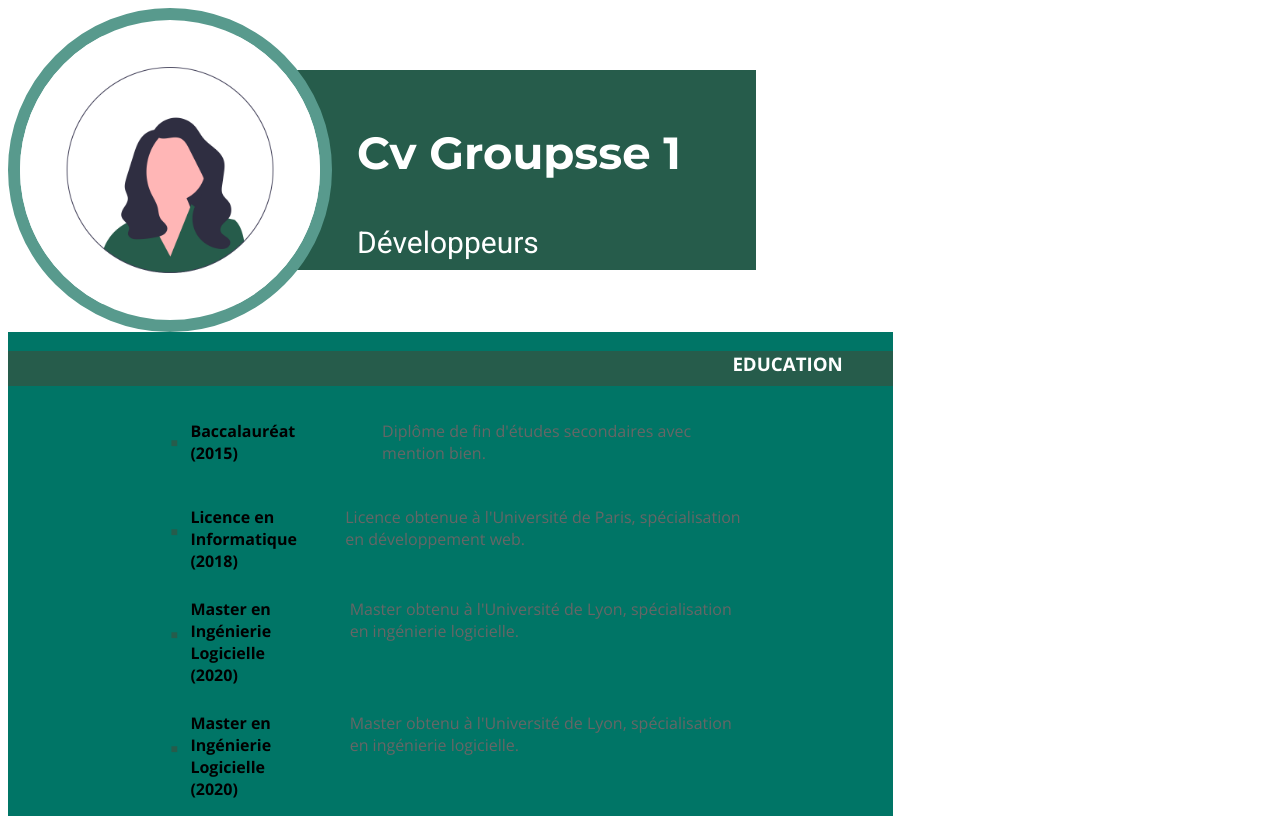
Repository: NdiongueFH/Mon_CV
Page: CV_Groupe1.html
An editor plug-in stored every save of this project. The page is shown before and after the next save, followed by the edit.
The browser window is 1280 px wide. The pictures show the whole page.

Above is the page before, as saved 2024-08-03 16:53:01.

After the next save:
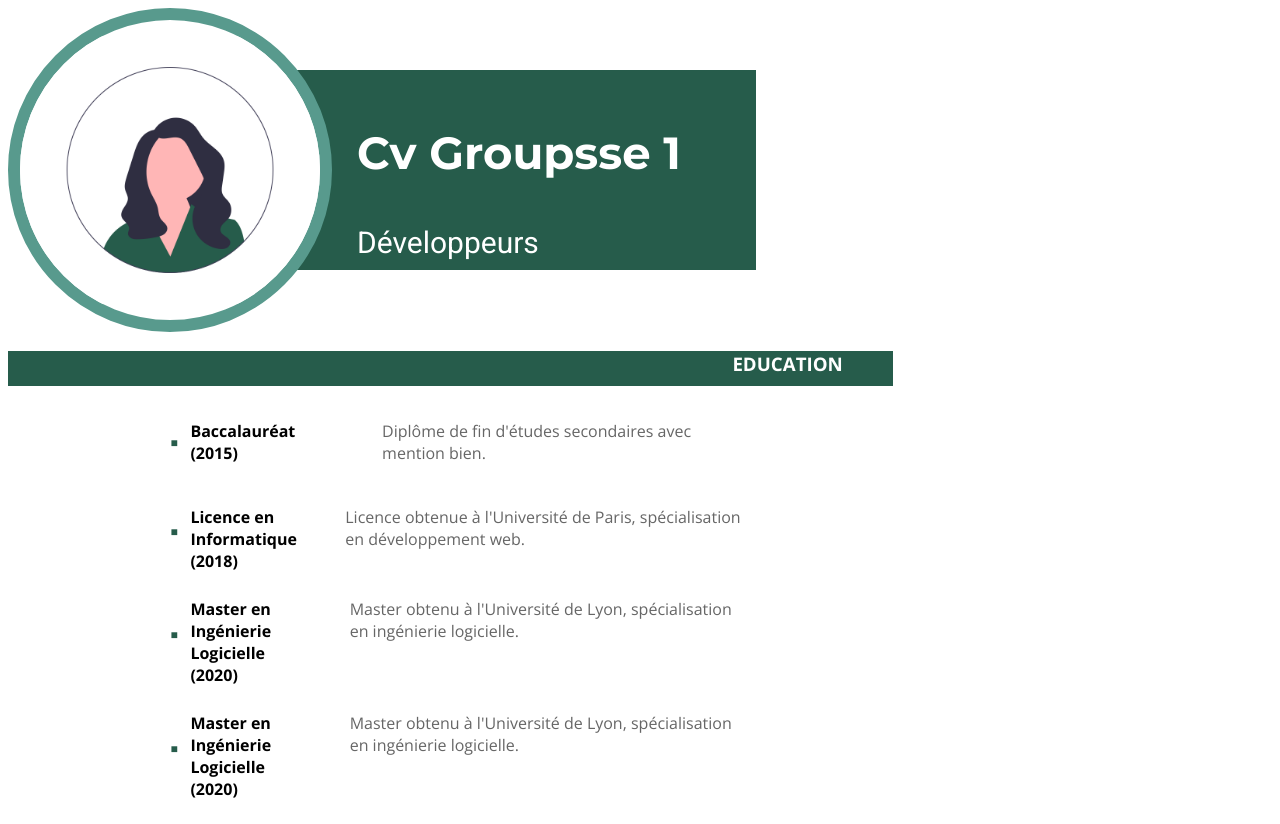
Saved 89 s later.
--- a/CV_Groupe1.css
+++ b/CV_Groupe1.css
@@ -112,7 +112,6 @@ body {
 }
 .blanc {
     width: 70%;
-    background-color: #007566;
 
 }
     /*Partie Anta Maquette Faye
